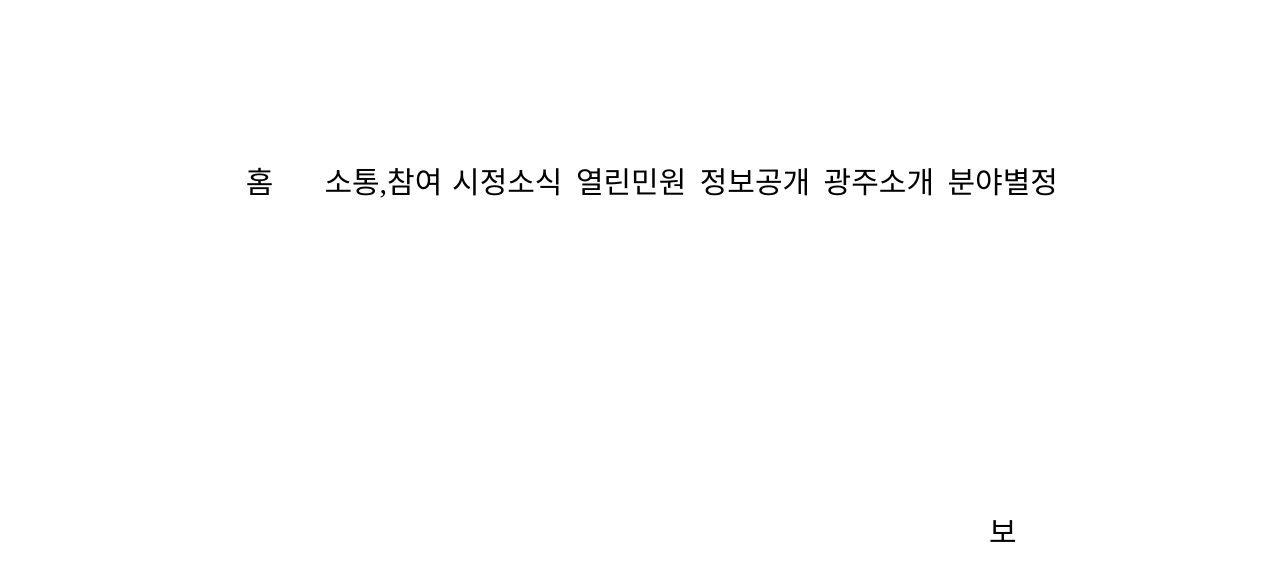
Repository: leejonggwon/Amora-Project
Page: http://localhost/JSP/ex07menubar.jsp
These files come from the project's save history. The page is drawn as it stood at one moment and after the next save; the edit follows.
The browser window is 1280 px wide. The pictures show the whole page.
The page is served by Tomcat 9.

Above is the page before, as saved 2023-08-01 09:57:56.

After the next save:
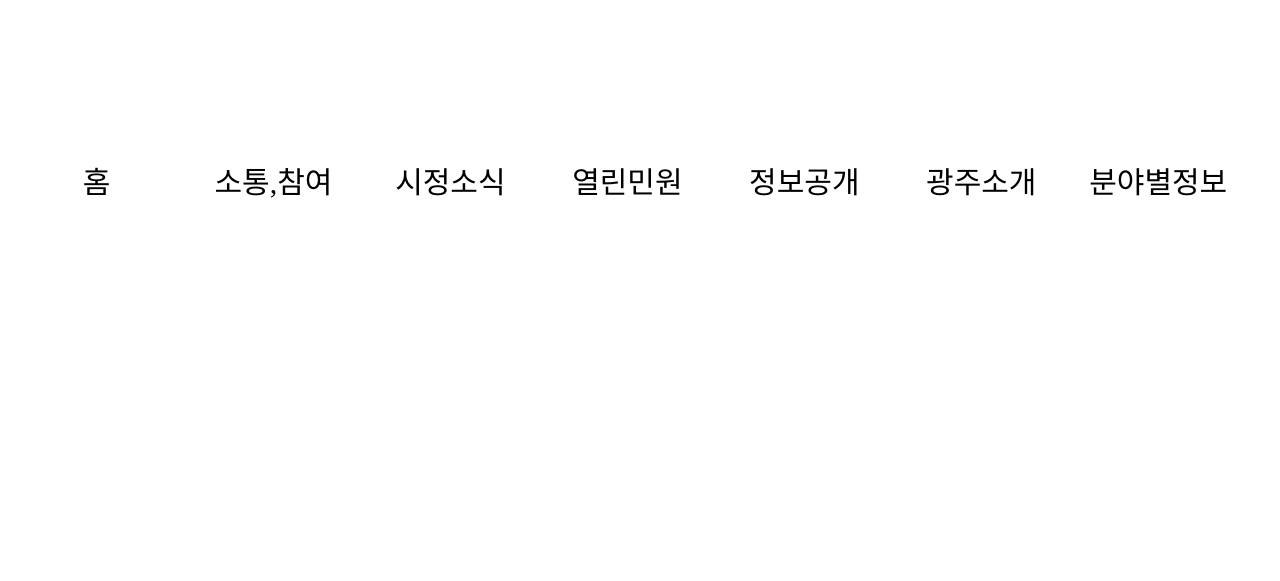
Saved 35 s later.
--- a/04.Server/JSP/src/main/webapp/ex07menubar.jsp
+++ b/04.Server/JSP/src/main/webapp/ex07menubar.jsp
@@ -6,11 +6,7 @@
 <meta charset="EUC-KR">
 <title>Insert title here</title>
 <style>
-	#wrap{
-		width: 70%;
-		height: 300px;
-		margin: auto;
-	}
+
 	.menu{
 		width: 14%;
 		height: 300px;
